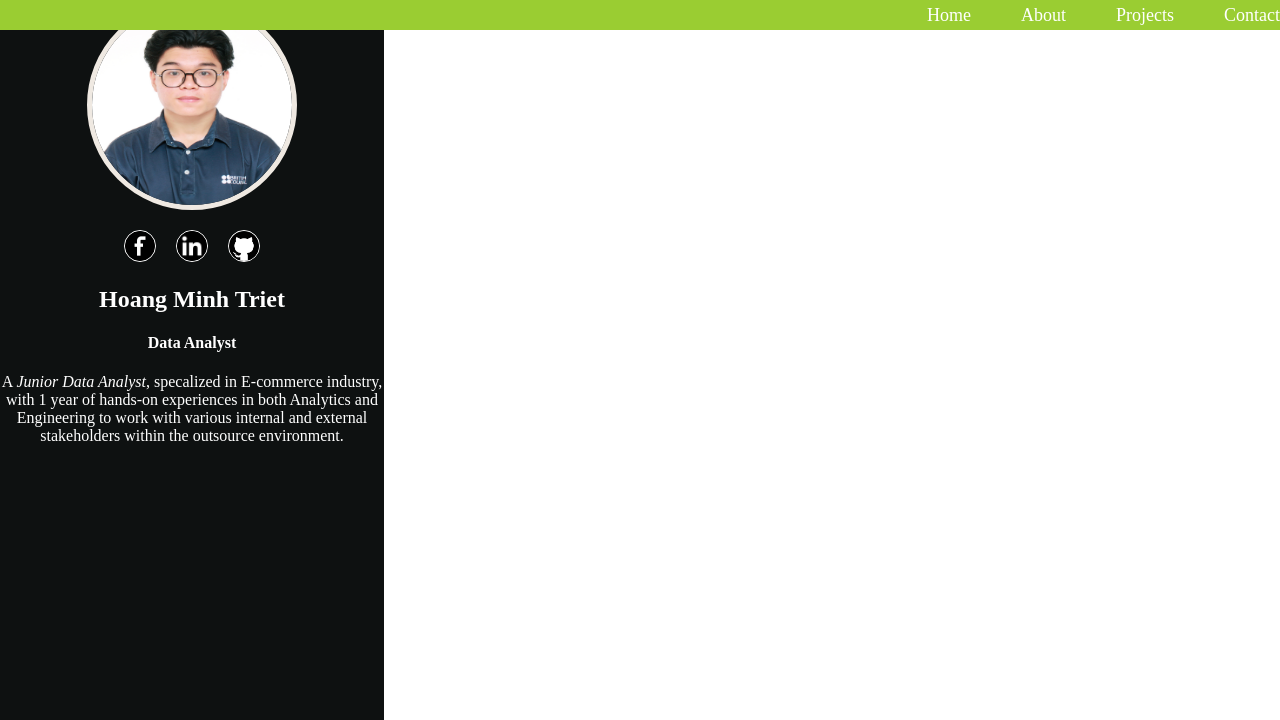
Repository: MinnTrit/personal_website
Page: http://localhost/
An editor plug-in stored every save of this project. The page is shown before and after the next save, followed by the edit.
The browser window is 1280 px wide. The pictures show the whole page.
The page is served by the project's application, run on Flask 3 (app.py).

Above is the page before, as saved 2025-01-29 12:21:26.

After the next save:
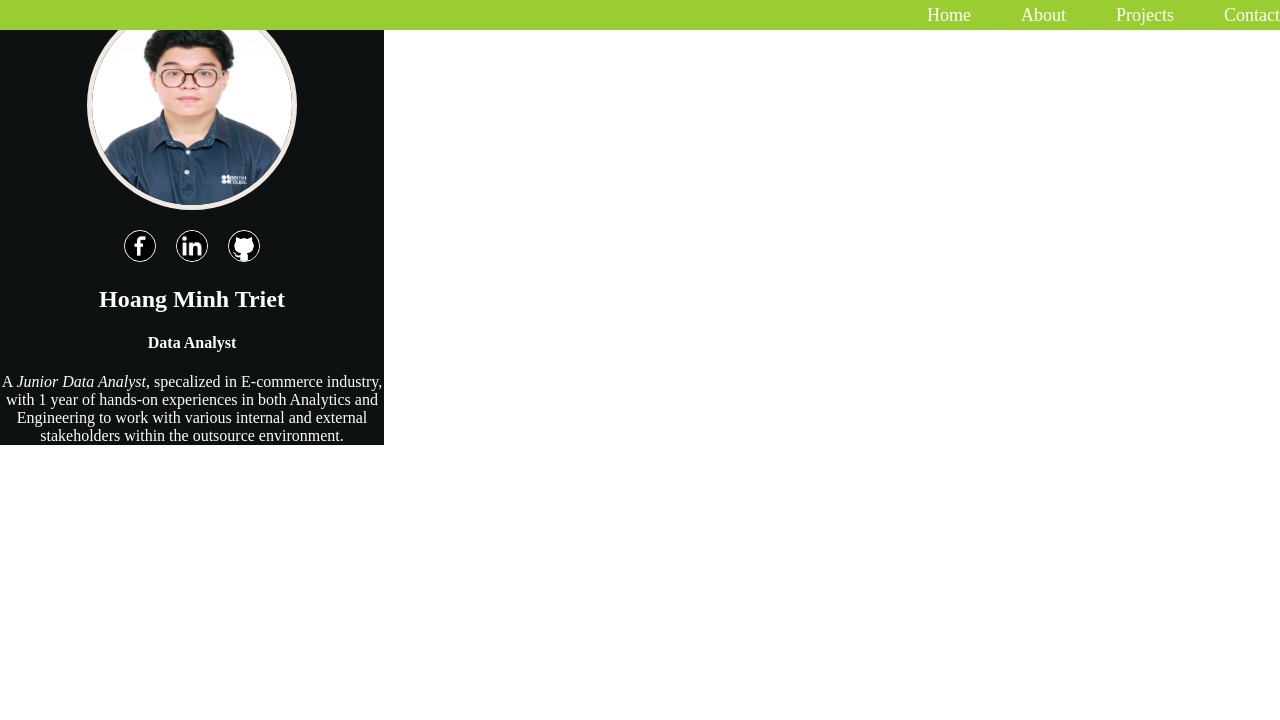
Saved 8 s later.
--- a/static/css/styles.css
+++ b/static/css/styles.css
@@ -30,8 +30,6 @@ html, body {
     height: 100%;
     margin: 0;
     color: white;
-    display: flex;
-    flex-direction: row;
 }
 
 .picture {
